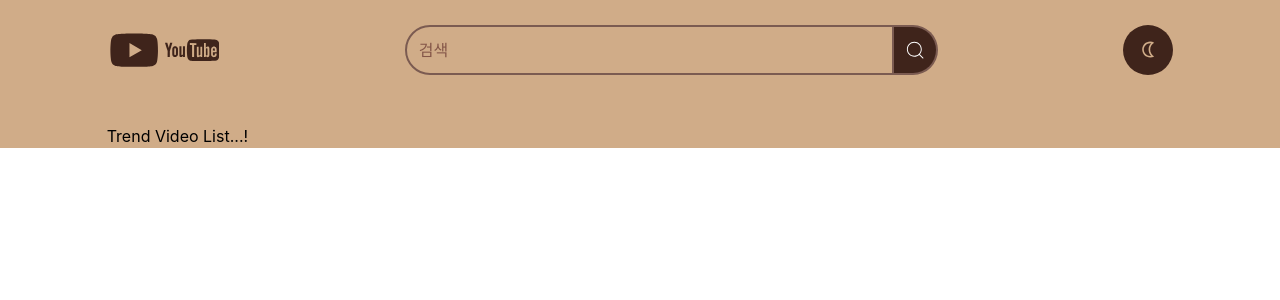
Repository: dnjfht/self-youtube2
Page: /
The author's editor kept a copy of each file at every save. The page is drawn from the files as they stood at one save, then again after the next save.
The browser window is 1280 px wide. The pictures show the whole page.
The project was rebuilt for these pictures with package versions that can differ from the ones it lists, and the page was loaded fresh each time. Also part of the build but not shown: src/pages/NotFoundPage.jsx, src/pages/Detail.jsx.

Above is the page before, as saved 2023-06-28 12:00:19.

### src/App.js
import { RouterProvider, createBrowserRouter } from "react-router-dom";
import Root from "./pages/Root";
import Videos from "./pages/Videos";
import NotFoundPage from "./pages/NotFoundPage";
import Detail from "./pages/Detail";

function App() {
  const router = createBrowserRouter([
    {
      path: "/",
      element: <Root />,
      children: [
        { index: true, element: <Videos /> },
        { path: "/videos", element: <Videos /> },
        { path: "/videos/:keyword", element: <Videos /> },
        { path: "/videos/watch/:videoId", element: <Detail /> },
        { path: "*", element: <NotFoundPage /> },
      ],
    },
  ]);
  return <RouterProvider router={router} />;
}

export default App;

### src/pages/Root.jsx
import React from "react";
import Navbar from "../components/Navbar";
import { Outlet } from "react-router-dom";
import { DarkModeProvider } from "../context/DarkModeContext";

export default function Root() {
  return (
    <DarkModeProvider>
      <div>
        <Navbar />
        <Outlet />
      </div>
    </DarkModeProvider>
  );
}

### src/pages/Videos.jsx
import React, { useContext } from "react";
import { DarkModeContext } from "../context/DarkModeContext";
import { useParams } from "react-router-dom";

export default function Videos() {
  const { darkMode } = useContext(DarkModeContext);
  const { keyword } = useParams();

  return (
    <div className={`${darkMode ? "bg-[#1f1e1e]" : "bg-[#d0ac88]"} w-full`}>
      <div className="w-10/12 mx-auto pt-6">
        {`${keyword ? keyword : "Trend "} Video List...!`}
      </div>
    </div>
  );
}

### src/components/Navbar.jsx
import React, { useContext, useEffect, useState } from "react";
import { useNavigate, useParams } from "react-router-dom";

import { AiFillYoutube } from "react-icons/ai";
import { ImYoutube2 } from "react-icons/im";
import { MdOutlineLightMode, MdOutlineNightlight } from "react-icons/md";
import { CiSearch } from "react-icons/ci";
import { DarkModeContext } from "../context/DarkModeContext";

export default function Navbar() {
  const [text, setText] = useState("");

  const navigate = useNavigate();
  const { keyword } = useParams();
  console.log(keyword);
  const { darkMode, toggleDarkMode } = useContext(DarkModeContext);

  const handleTextChange = (e) => {
    setText(e.target.value);
  };

  const handleSearchKeyword = (e) => {
    e.preventDefault();

    navigate(`/videos/${text}`);
  };

  useEffect(() => {
    if (keyword) {
      setText(keyword);
    } else if (keyword === undefined) {
      setText("");
    }
  }, [keyword]);

  return (
    <div
      className={`${
        darkMode ? "bg-[#1f1e1e]" : "bg-[#d0ac88]"
      } w-full h-[100px]`}
    >
      <div className="w-10/12 h-[100%] mx-auto flex items-center justify-between">
        {/*youtube logo*/}
        <button
          className={`${
            darkMode ? "text-[white]" : "text-[#3f241b]"
          } text-[3.4rem] flex items-center`}
          onClick={() => {
            navigate("/");
          }}
        >
          <div className={`${darkMode ? "text-[#b92525]" : ""} mr-1`}>
            <AiFillYoutube />
          </div>
          <div>
            <ImYoutube2 />
          </div>
        </button>

        {/* 검색창 input */}
        <form
          className="w-6/12 h-full flex items-center"
          onSubmit={handleSearchKeyword}
        >
          <input
            className={`${
              darkMode
                ? "border-[white] placeholder:text-[#fbf9f8ae] text-[#ffffff]"
                : "border-[#7b5b51] placeholder:text-[#845648] text-[#41261e]"
            } w-11/12 h-[50px] p-3 box-border rounded-l-full bg-transparent border-[2px] border-solid outline-none`}
            type="text"
            value={text}
            onChange={handleTextChange}
            placeholder="검색"
          />
          <button
            type="submit"
            className={`${
              darkMode
                ? "border-[white] bg-[white] text-[#1f1e1e]"
                : "border-[#7b5b51] bg-[#3f241b] text-white"
            } w-1/12 h-[50px] py-3 rounded-r-full border-r-[2px] border-y-[2px] border-solid text-[1.4rem] flex items-center justify-center`}
          >
            <CiSearch />
          </button>
        </form>

        {/* darkMode button */}
        <button
          className={`${
            darkMode
              ? "bg-[#ffffff] text-[#1f1e1e]"
              : "bg-[#3f241b] text-[#d0ac88]"
          } w-[50px] h-[50px] rounded-full text-[1.2rem] flex justify-center items-center`}
          onClick={toggleDarkMode}
        >
          {darkMode && <MdOutlineLightMode />}
          {!darkMode && <MdOutlineNightlight />}
        </button>
      </div>
    </div>
  );
}

### src/context/DarkModeContext.jsx
import { createContext, useState } from "react";

export const DarkModeContext = createContext();

export function DarkModeProvider({ children }) {
  const [darkMode, setDarkMode] = useState(false);

  const toggleDarkMode = () => {
    setDarkMode((prev) => !prev);
  };

  return (
    <DarkModeContext.Provider value={{ darkMode, toggleDarkMode }}>
      {children}
    </DarkModeContext.Provider>
  );
}

Loaded but not shown: public/index.html (common file); src/index.js (common file); src/index.css (common file); src/reportWebVitals.js (common file); tailwind.config.js (common file)

After the next save:
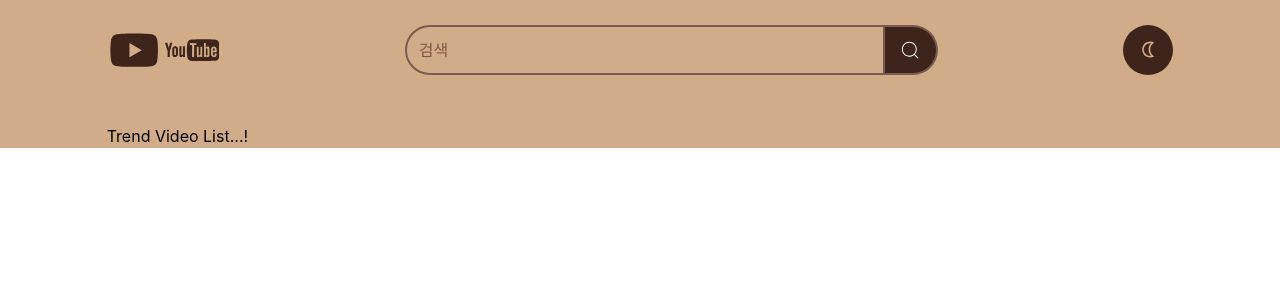
Saved 38 s later.
--- a/src/components/Navbar.jsx
+++ b/src/components/Navbar.jsx
@@ -67,7 +67,7 @@
               darkMode
                 ? "border-[white] placeholder:text-[#fbf9f8ae] text-[#ffffff]"
                 : "border-[#7b5b51] placeholder:text-[#845648] text-[#41261e]"
-            } w-11/12 h-[50px] p-3 box-border rounded-l-full bg-transparent border-[2px] border-solid outline-none`}
+            } w-[90%] h-[50px] p-3 box-border rounded-l-full bg-transparent border-[2px] border-solid outline-none`}
             type="text"
             value={text}
             onChange={handleTextChange}
@@ -79,7 +79,7 @@
               darkMode
                 ? "border-[white] bg-[white] text-[#1f1e1e]"
                 : "border-[#7b5b51] bg-[#3f241b] text-white"
-            } w-1/12 h-[50px] py-3 rounded-r-full border-r-[2px] border-y-[2px] border-solid text-[1.4rem] flex items-center justify-center`}
+            } w-[10%] h-[50px] py-3 rounded-r-full border-r-[2px] border-y-[2px] border-solid text-[1.4rem] flex items-center justify-center`}
           >
             <CiSearch />
           </button>
